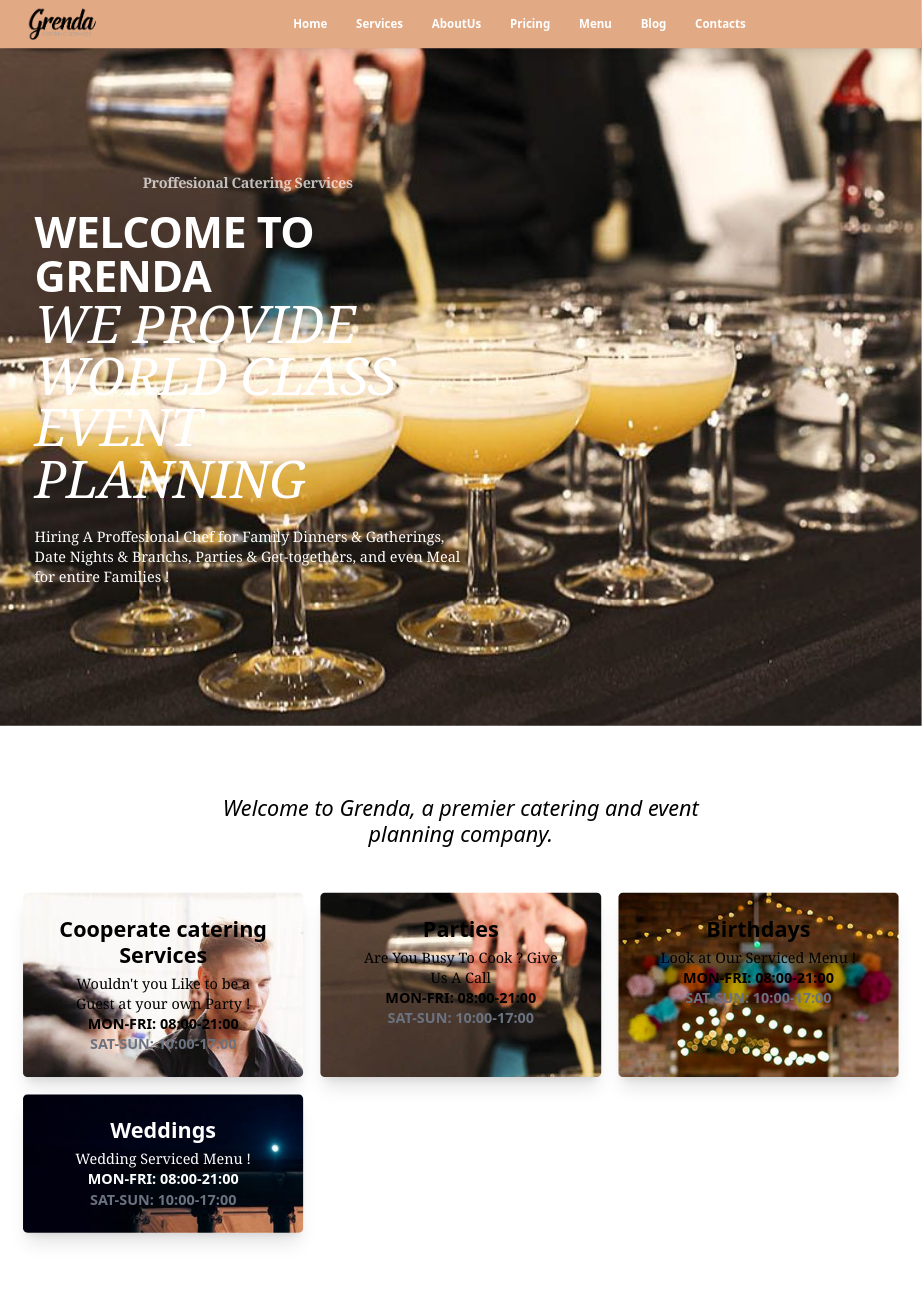
Repository: remydev47/grandes-events
Page: /
An editor plug-in stored every save of this project. The page is shown before and after the next save, followed by the edit.
The browser window is 1280 px wide. The pictures show the whole page, at 72% of full size.
The project was rebuilt for these pictures with package versions that can differ from the ones it lists, and the page was loaded fresh each time. Also part of the build but not shown: vite.config.js.

Above is the page before, as saved 2023-02-08 15:40:28.

### index.html
<!DOCTYPE html>
<html lang="en">
  <head>
    <meta charset="UTF-8" />
    <link rel="icon" type="image/svg+xml" href="/vite.svg" />
    <meta name="viewport" content="width=device-width, initial-scale=1.0" />
    <title>Grendas</title>
  </head>
  <body>
    <div id="root"></div>
    <script type="module" src="/src/main.jsx"></script>
  </body>
</html>

### src/App.jsx
import { useState } from 'react'
import reactLogo from './assets/react.svg'
import Hero from './components/Hero'
import Navbar from './components/Navbar'
import Services from './components/Services'

function App() {
  const [count, setCount] = useState(0)

  return (
   <div>
      <Navbar />
      <Hero />
      <Services />
   </div>
  )
}

export default App

### src/index.css
@import url("https://fonts.googleapis.com/css2?family=Epilogue:wght@400;500;600;700&display=swap");

@tailwind base;
@tailwind components;
@tailwind utilities;

### src/components/Hero.jsx
import React from 'react'
import { hero } from '../assets'

const Hero = () => {
  return (
    <section className='relative pt-48 pb-12 xl:pt-60 sm:pb-16 lg:pb-32 xl:pb-48 2xl:pb-56'>
    <div className="absolute inset-0">
     <img className="object-cover w-full h-full" src={hero} alt="" />
    </div>
   <div className='relative'>
    <div className="px-6 mx-auto sm:px-8 lg:px-12 max-w-7xl">
      <div className="w-full lg:w-2/3 xl:w-1/2">
        <h1 className="font-serif text-xl font-bold tracking-tight text-white text-opacity-70 text-center">Proffesional Catering Services</h1>
        <p className="mt-6 tracking-tighter text-[#FFF]">
          <span className="font-sans font-bold text-6xl">WELCOME TO GRENDA </span><br />
          <span className="font-serif italic font-BOLD text-7xl">WE PROVIDE WORLD CLASS EVENT PLANNING</span>
        </p>
        <p className="mt-8 font-erif text-xl font-serif text-[#fff]">
          Hiring A Proffesional Chef for Family Dinners & Gatherings, Date Nights & Branchs, Parties & Get-togethers, and even Meal for entire Families !
        </p>
      </div>
    </div>
   </div>
  </section>
  )
}

export default Hero

### src/components/Navbar.jsx
import React from 'react'
import { navLinks } from '../constants'
import Menupopover from './Menupopover'
import { logo } from '../assets'

const Navbar = () => {
  return (
    <header className="fixed inset-x-0 bg-[#e1a984] z-20 flex justify-between items-center py-2 px-2 shadow-lg dark:bg-slate-900 sm:py-3 sm:px-8">
      <div className='flex grow-0 basis-1/3 md:hidden'>
        <Menupopover />
      </div>

     <div className='flex grow-0 ml-2 justify-center md:justify-start'>
       <img src={logo} alt='user' className='w-[60%] h-[60%] object-contain' />
     </div>


     <ul className="list-none sm:flex hidden justify-center items-center flex-1">
     {navLinks.map((nav, index) => (
        <li
        key={nav.id}
        className={`font-bold cursor-pointer text-[16px
           ${index === navLinks.length - 1 ? 'mr-0' : 'mr-10'}
          text-white `}
        >
            <a>{nav.title}</a>
        </li>
      ))}
      </ul>

    </header>
  )
}

export default Navbar

### src/components/Services.jsx
import React from 'react'


const services =[
  {
    image:"",
    name:'',

  },
  {
    image:"",
    name:'',

  },
  {
    image:"",
    name:'',

  },
  {
    image:"",
    name:'',

  },
]

const Services = () => {
  return (
    <section className={` sm:py-16 lg:py-24`}>
      <div className="px-4 mx-auto max-w-7xl sm:px-6 lg:px-8">
       <div className="max-w-2xl mx-auto text-center">
         <h2 className="text-xl font-normal italic leading-tight text-black lg:text-3xl">
          Welcome to Grenda, a premier catering and event planning company.
         </h2>
       </div>

       <div className="grid max-w-md grid-cols-1 gap-6 mx-auto mt-8 text-center lg:max-w-full lg:mt-16 lg:grid-cols-3">

        <div className="overflow-hidden bg-[url('./src/assets/service1.jpeg')] shadow-xl border-gray-300 rounded-md">
          <div className="p-8 xl:px-12 flex flex-col items-center justify-center">
             <div className='flex flex-col'>
               <h1 className='text-3xl font-semibold text-black'>Cooperate catering Services</h1>
             </div>
             <h2 className='font-normal text-xl font-serif text-black text-center mt-2'>
               Wouldn't you Like to be a Guest at your own Party !
             </h2>
             <p className='text-xl text-black text-center font-bold'>
               MON-FRI: 08:00-21:00
             </p>
             <p className='text-xl text-gray-500 text-center font-bold'>
               SAT-SUN: 10:00-17:00
             </p>
          </div>
        </div>

        <div className="overflow-hidden bg-[url('./src/assets/hero.jpeg')] shadow-xl border-gray-300 rounded-md">
          <div className="p-8 xl:px-12 flex flex-col items-center justify-center">
             <div className='flex flex-col'>
               <h1 className='text-3xl font-semibold text-black'>Parties</h1>
             </div>
             <h2 className='font-normal text-xl font-serif text-black text-center mt-2'>
               Are You Busy To Cook ? Give Us A Call
             </h2>
             <p className='text-xl text-black text-center font-bold'>
               MON-FRI: 08:00-21:00
             </p>
             <p className='text-xl text-gray-500 text-center font-bold'>
               SAT-SUN: 10:00-17:00
             </p>
          </div>
        </div>

        <div className="overflow-hidden bg-[url('./src/assets/service3.jpeg')] shadow-xl border-gray-300 rounded-md">
          <div className="p-8 xl:px-12 flex flex-col items-center justify-center">
             <div className='flex flex-col'>
               <h1 className='text-3xl font-semibold text-black'>Birthdays</h1>
             </div>
             <h2 className='font-normal text-xl font-serif text-black text-center mt-2'>
               Look at Our Serviced Menu !
             </h2>
             <p className='text-xl text-black text-center font-bold'>
               MON-FRI: 08:00-21:00
             </p>
             <p className='text-xl text-gray-500 text-center font-bold'>
               SAT-SUN: 10:00-17:00
             </p>
          </div>
        </div>

        <div className="overflow-hidden bg-[url('./src/assets/service2.jpeg')] shadow-xl border-gray-300 rounded-md">
          <div className="p-8 xl:px-12 flex flex-col items-center justify-center">
             <div className='flex flex-col'>
               <h1 className='text-3xl font-semibold text-white'>Weddings</h1>
             </div>
             <h2 className='font-normal text-xl font-serif text-white text-center mt-2'>
               Wedding Serviced Menu !
             </h2>
             <p className='text-xl text-white text-center font-bold'>
               MON-FRI: 08:00-21:00
             </p>
             <p className='text-xl text-gray-500 text-center font-bold'>
               SAT-SUN: 10:00-17:00
             </p>
          </div>
        </div>



       </div>
      </div>
    </section>
  )
}

export default Services

### src/assets/index.js
import menu from './menu.svg';
import logo from './logo3.png';
import close from './close.svg';
import hero from './hero.jpeg';
import service1 from './service1.jpeg';
import service2 from './service2.jpeg';
import service3 from './service3.jpeg'

export{
    menu, logo, close, hero, service1, service2, service3
}

### src/constants/index.js
export const navLinks=[
    {
        id:"home",
        title:"Home",
    },
    {
        id:"services",
        title:"Services",
    },
    {
        id:"AboutUs",
        title:"AboutUs",
    },
    {
        id:"pricing",
        title:"Pricing",
    },
    {
        id:"menu",
        title:"Menu",
    },
    {
        id:"blog",
        title:"Blog",
    },
    {
        id:"contacts",
        title:"Contacts",
    },
]

### src/components/Menupopover.jsx
import React, { useState } from 'react'
import { navLinks } from '../constants'
import { logo, menu } from '../assets'

const Menupopover = () => {
    const [toggleDrawer, setToggleDrawer] = useState(false);

  return (
    <div className='sm:hidden flex justify-between
     items-center relative'>
      <div className='w-[40px] h-[40px] rounded-[10px] bg-[#e1a984] flex
          justify-center items-center cursor-pointer'>
              {/* <img src={logo} alt='user' className='w-[60%] h-[60%] object-contain' /> */}
      </div>
      <img
        src={menu}
        alt="menu"
        className='w-[34px] h-[34px] object-contain cursor-pointer'
        onClick={() => setToggleDrawer((prev) => !prev)}
      />
      <div className={`fixed top-[60px] bg-[#e1a984] w-full max-w-xs
       ${!toggleDrawer ? '-translate-y-[100vh]' : 'translate-y-0'} transition-all duration-700`}>
        <ul className='list-none flex flex-col justify-end items-center flex-1'>
          {navLinks.map((nav, index) => (
             <li
              key={nav.id}
              className={`font-bold cursor-pointer text-[16px]
              mt-2 border-t border-slate-200 py-4 dark:border-slate-600
              ${index === navLinks.length - 1 ? 'mr-0' : 'mb-4'}
               text-white `}
             >
                 <a>{nav.title}</a>
             </li>
          ))}
        </ul>
       </div>
   </div>
  )
}

export default Menupopover

const styles = {
  container:`fixed top-0 bottom-0 left-0 w-full max-w-xs rounded-r-xl bg-[#e1a984] p-6 shadow-lg dark:bg-gray-800`,
  container2:`absolute top-[60px] right-0 left-0 bg-[#e1a984] z-10 shadow-secondary py-4`
}

### tailwind.config.cjs
/** @type {import('tailwindcss').Config} */
module.exports = {
  content: [
    "./index.html",
    "./src/**/*.{js,ts,jsx,tsx}",
  ],
  theme: {
    extend: {
      backgroundImage: {
        'bg-1': "url('./src/assets/service1.jpeg')",
        'bg-2': "url('./src/assets/hero.jpeg')",
        'bg-3': "url('./src/assets/service2.jpeg')",
        'bg-4': "url('./src/assets/service3.jpeg')",
      },
      fontFamily: {
        epilogue: ['Epilogue', 'sans-serif'],
      },
      boxShadow: {
        secondary: '10px 10px 20px rgba(2, 2, 2, 0.25)',
      },
    },
  },
  plugins: [],
}

Loaded but not shown: src/main.jsx (common file)

After the next save:
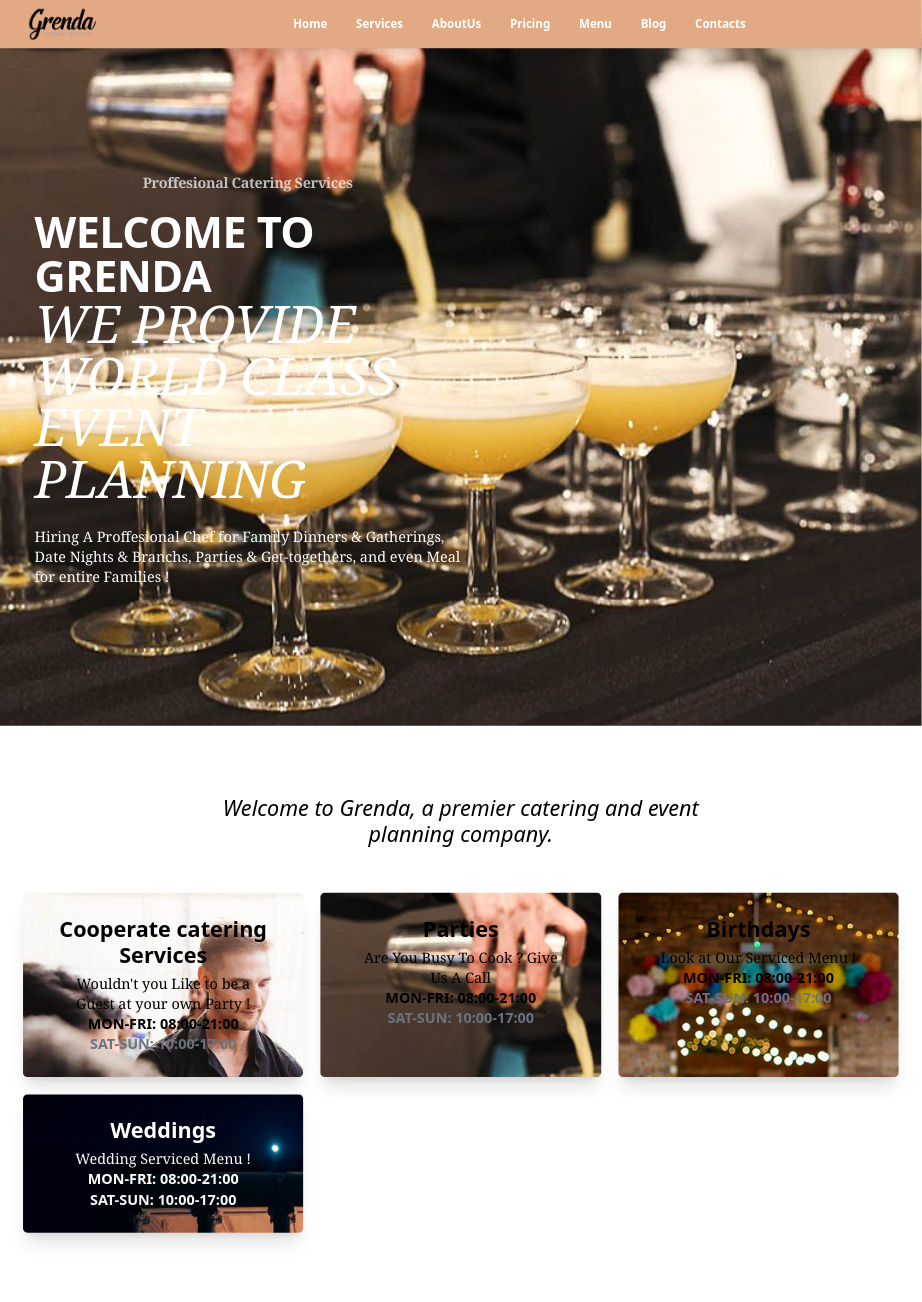
Saved 21 s later.
--- a/src/components/Services.jsx
+++ b/src/components/Services.jsx
@@ -98,7 +98,7 @@ const Services = () => {
              <p className='text-xl text-white text-center font-bold'>
                MON-FRI: 08:00-21:00
              </p>
-             <p className='text-xl text-gray-500 text-center font-bold'>
+             <p className='text-xl text-gray-50 text-center font-bold'>
                SAT-SUN: 10:00-17:00
              </p>
           </div>
